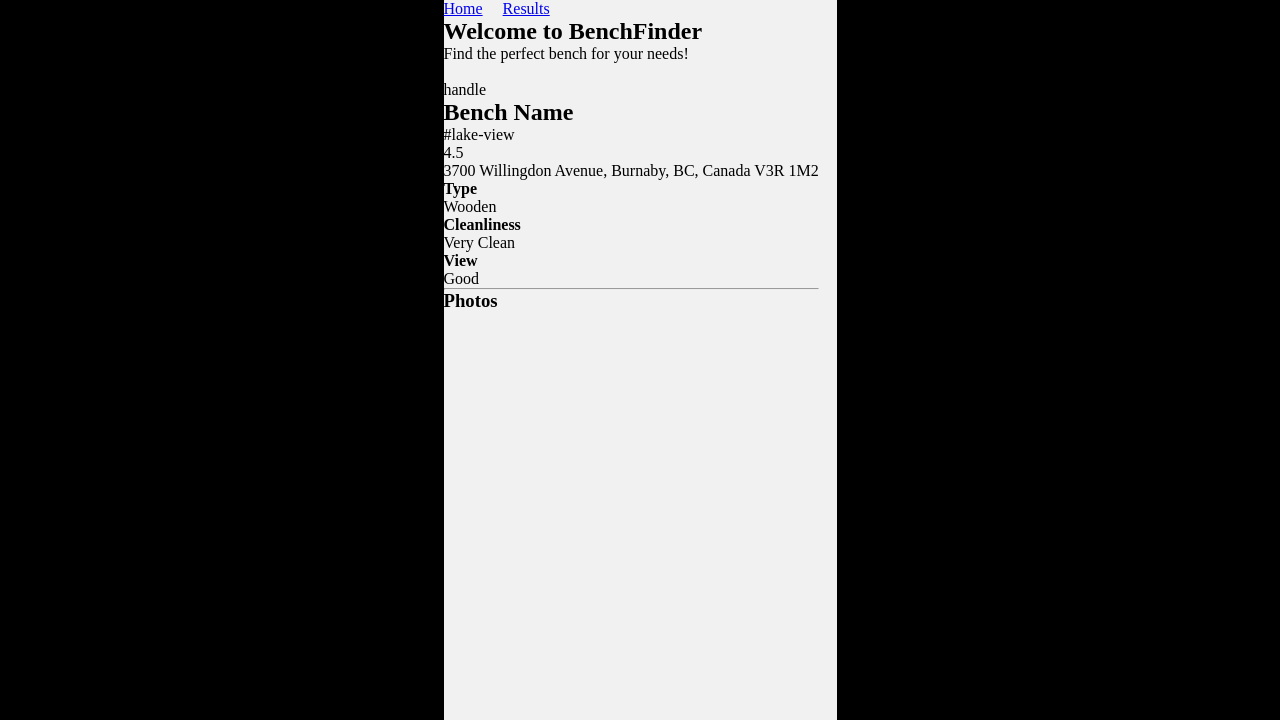
Repository: HidayatPatil/BenchFinder
Page: /
These files come from the project's save history. The page is drawn as it stood at one moment and after the next save; the edit follows.
The browser window is 1280 px wide. The pictures show the whole page.
The project was rebuilt for these pictures with package versions that can differ from the ones it lists, and the page was loaded fresh each time. Also part of the build but not shown: vite.config.js, src/Results.jsx.

Above is the page before, as saved 2025-10-09 18:57:57.

After the next save:
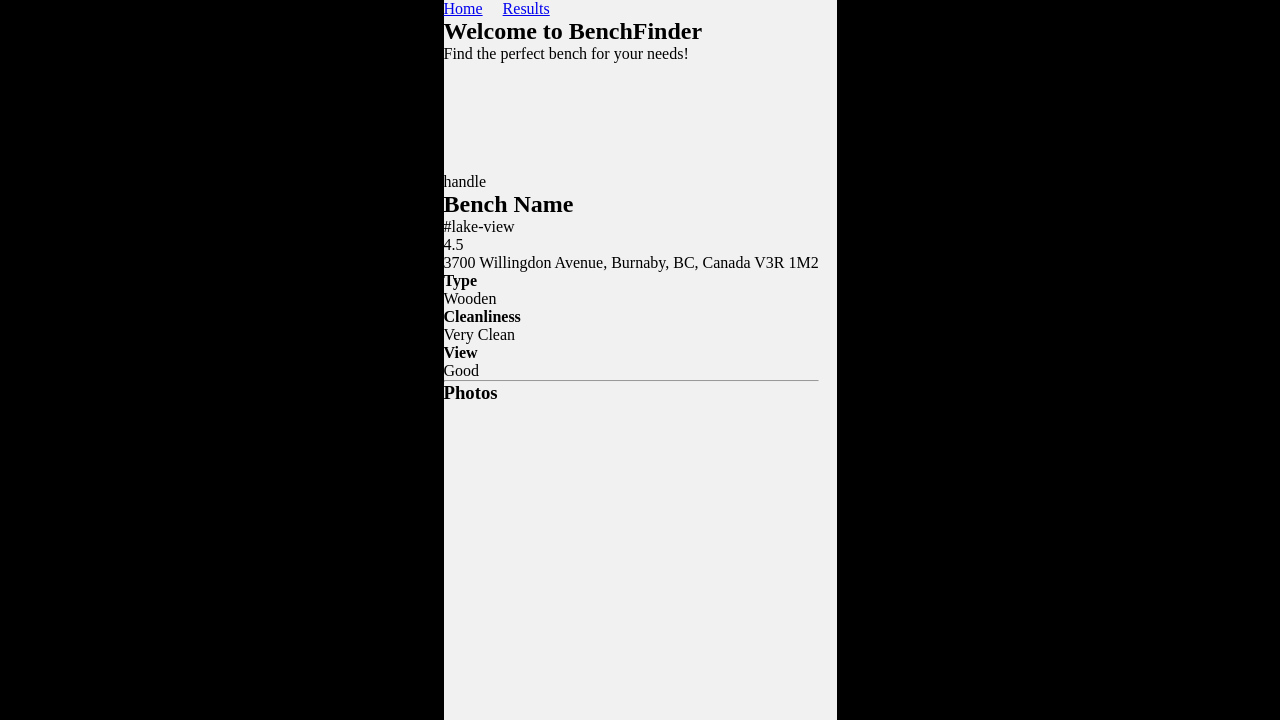
Saved 12 s later.
--- a/src/index.css
+++ b/src/index.css
@@ -37,4 +37,5 @@ body, html {
 .drawer_container {
     height: 547px;
     position: absolute;
+    bottom: 0;
 }
